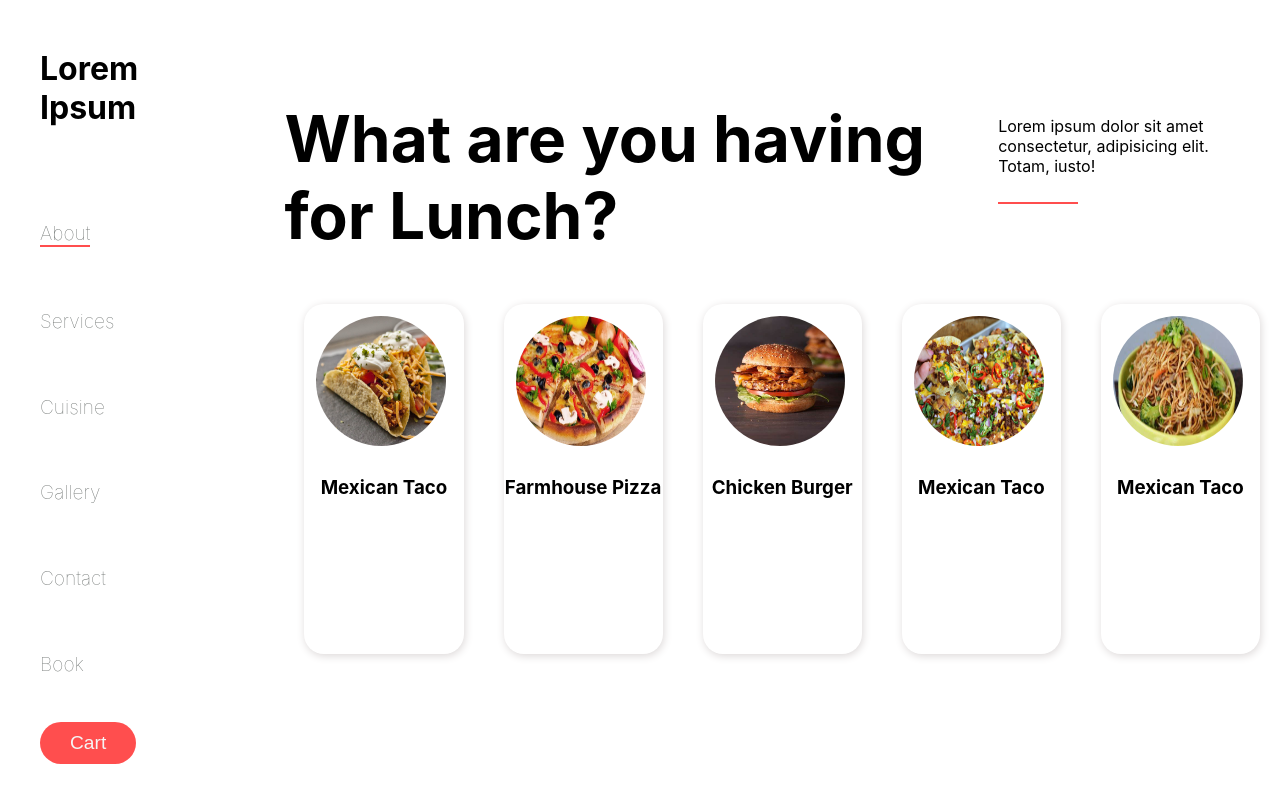
Repository: Marlstergo/assignment2
Page: /
An editor plug-in stored every save of this project. The page is shown before and after the next save, followed by the edit.
The browser window is 1280 px wide. The pictures show the whole page.
The project was rebuilt for these pictures with package versions that can differ from the ones it lists, and the page was loaded fresh each time.

Above is the page before, as saved 2021-07-27 03:24:45.

After the next save:
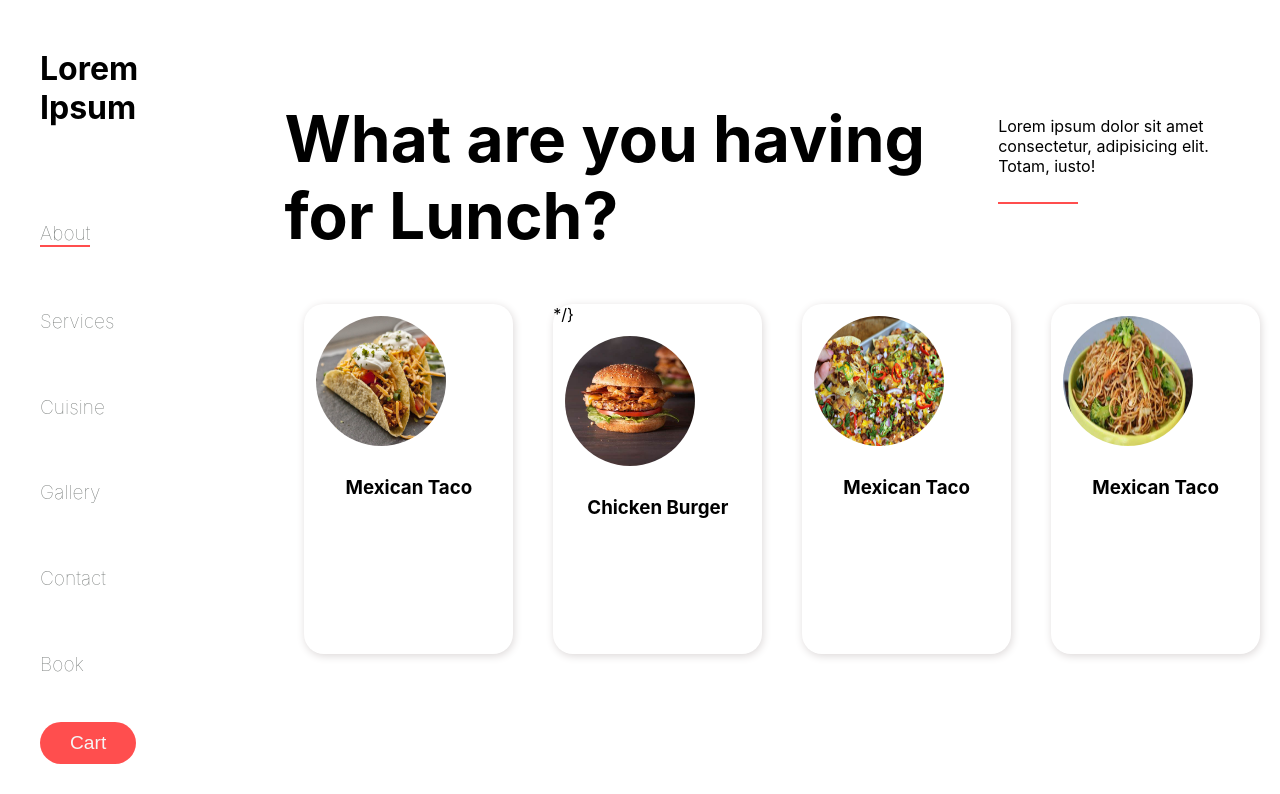
Saved 62 s later.
--- a/src/App.js
+++ b/src/App.js
@@ -64,16 +64,16 @@
                 <h3 className="">Mexican Taco</h3>
               </div>
             </div>
-            <div className="cell">
+            {/* <div className="cell">
               <div className="imagediv">
                 <img src={Pizza} alt="pizza" className="" />
                 {/* image */}
-              </div>
+              {/* </div>
               <div className="text-field">
                 <h3 className="">Farmhouse Pizza</h3>
               </div>
-            </div>
-            <div className="cell">
+            </div> */}
+            <div className="cell"> */}
               <div className="imagediv">
                 {/* image */}
                 <img src={Chicken} alt="chicken" className="" />

After the save that followed:
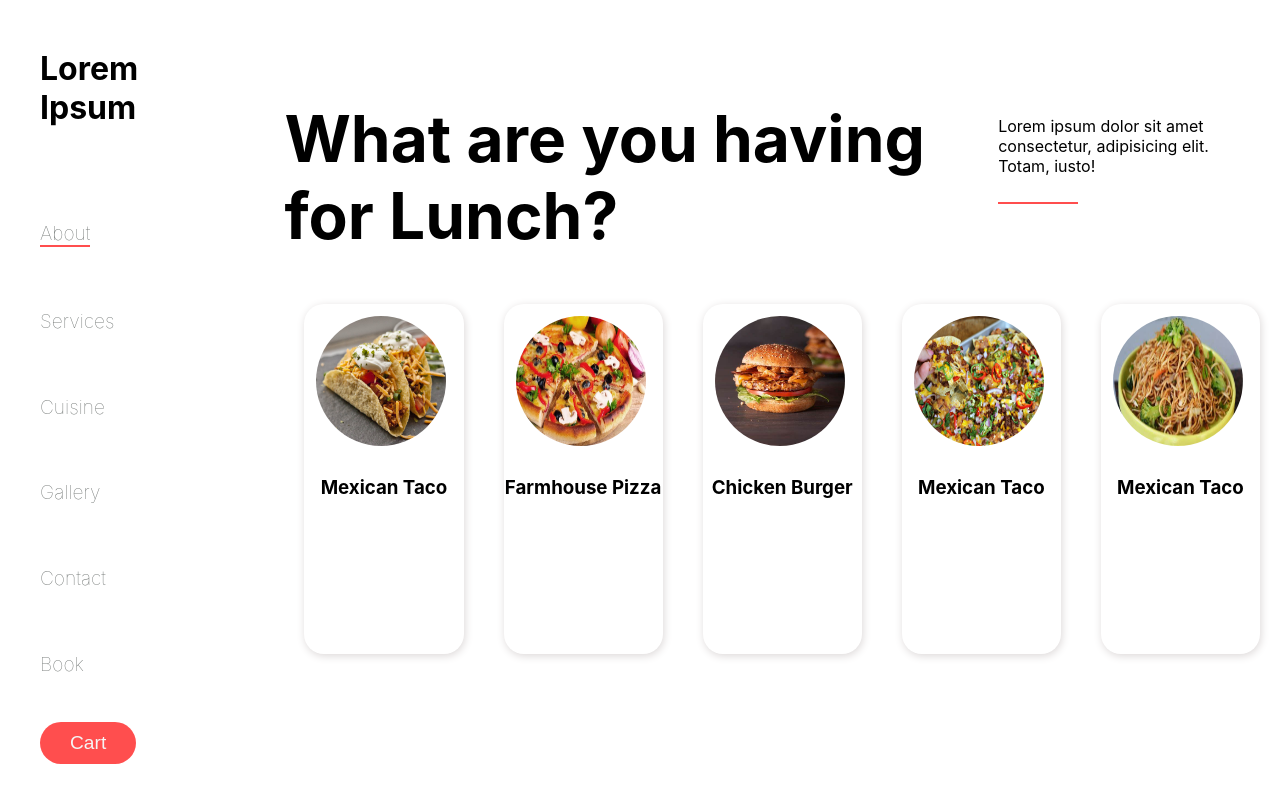
Saved 31 s later.
--- a/src/App.js
+++ b/src/App.js
@@ -64,16 +64,16 @@
                 <h3 className="">Mexican Taco</h3>
               </div>
             </div>
-            {/* <div className="cell">
+            <div className="cell">
               <div className="imagediv">
                 <img src={Pizza} alt="pizza" className="" />
                 {/* image */}
-              {/* </div>
+              </div>
               <div className="text-field">
                 <h3 className="">Farmhouse Pizza</h3>
               </div>
-            </div> */}
-            <div className="cell"> */}
+            </div>
+            <div className="cell">
               <div className="imagediv">
                 {/* image */}
                 <img src={Chicken} alt="chicken" className="" />
